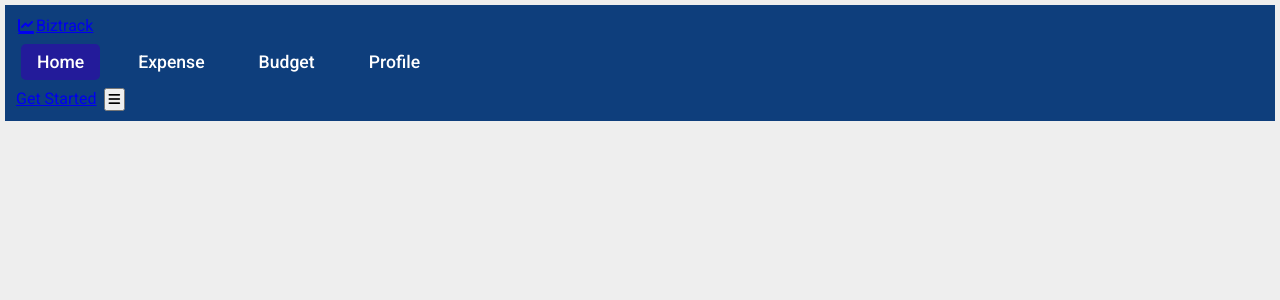
Repository: JoyUdoh106/wdd131
Page: project/index.html
An editor plug-in stored every save of this project. The page is shown before and after the next save, followed by the edit.
The browser window is 1280 px wide. The pictures show the whole page.

Above is the page before, as saved 2025-08-10 18:38:28.
Console error: TypeError: Cannot set properties of null (setting 'textContent')

After the next save:
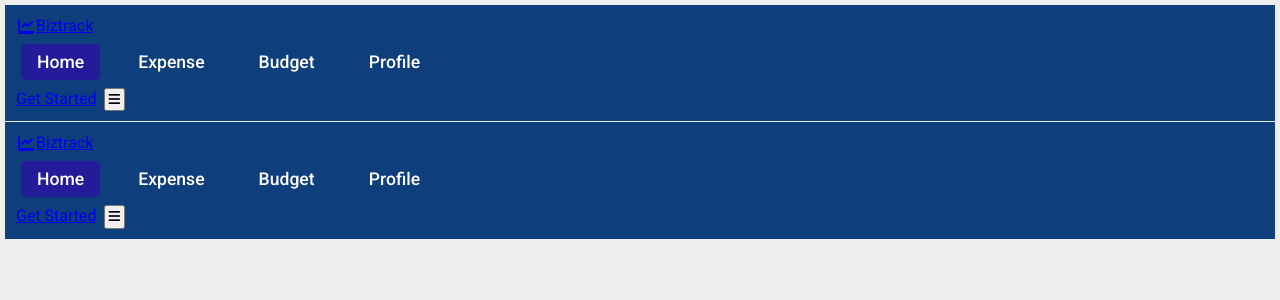
Saved 46 s later.
--- a/project/index.html
+++ b/project/index.html
@@ -34,5 +34,23 @@
             </button>
         </div>
     </header>
+
+    <header>
+        <div class="container header-container">
+            <a href="index.html" class="logo"><i class="fas fa-chart-line"></i> Biztrack</a>
+            <nav class="main-nav">
+                <ul class="nav-links">
+                    <li><a href="index.html" class="nav-link active">Home</a></li>
+                    <li><a href="expense.html" class="nav-link">Expense</a></li>
+                    <li><a href="budget.html" class="nav-link">Budget</a></li>
+                    <li><a href="profile.html" class="nav-link">Profile</a></li>
+                </ul>
+            </nav>
+            <a href="#" class="btn btn-primary get-started-btn">Get Started</a>
+            <button class="nav-toggle" id="nav-toggle-btn">
+                <i class="fas fa-bars"></i>
+            </button>
+        </div>
+    </header>
 </body>
 </html>

After the save that followed:
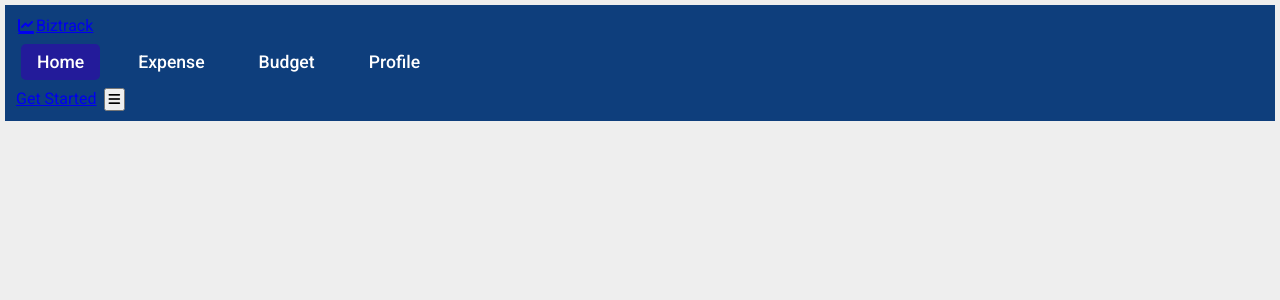
Saved 5 s later.
--- a/project/index.html
+++ b/project/index.html
@@ -35,22 +35,6 @@
         </div>
     </header>
 
-    <header>
-        <div class="container header-container">
-            <a href="index.html" class="logo"><i class="fas fa-chart-line"></i> Biztrack</a>
-            <nav class="main-nav">
-                <ul class="nav-links">
-                    <li><a href="index.html" class="nav-link active">Home</a></li>
-                    <li><a href="expense.html" class="nav-link">Expense</a></li>
-                    <li><a href="budget.html" class="nav-link">Budget</a></li>
-                    <li><a href="profile.html" class="nav-link">Profile</a></li>
-                </ul>
-            </nav>
-            <a href="#" class="btn btn-primary get-started-btn">Get Started</a>
-            <button class="nav-toggle" id="nav-toggle-btn">
-                <i class="fas fa-bars"></i>
-            </button>
-        </div>
-    </header>
+
 </body>
 </html>
